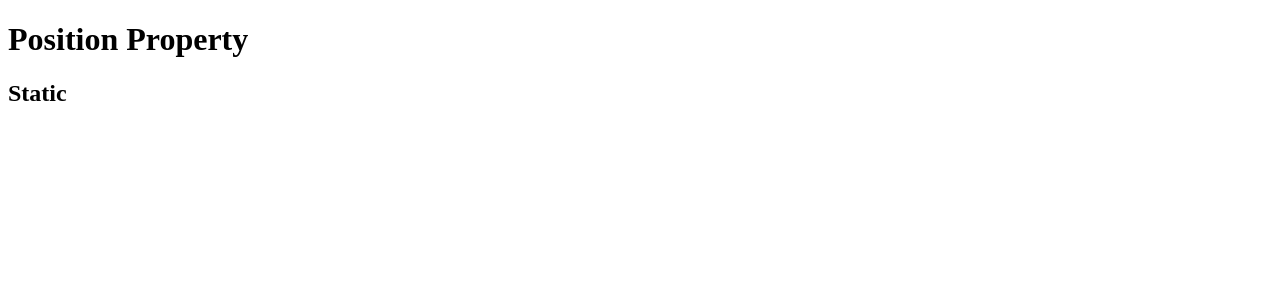
Repository: zhFIsHappy/UdemyFullStack
Page: position.html
These files come from the project's save history. The page is drawn as it stood at one moment and after the next save; the edit follows.
The browser window is 1280 px wide. The pictures show the whole page.

Above is the page before, as saved 2022-03-24 14:20:42.

### position.html
<!DOCTYPE html>
<html lang="en">
<head>
    <meta charset="UTF-8">
    <meta http-equiv="X-UA-Compatible" content="IE=edge">
    <meta name="viewport" content="width=device-width, initial-scale=1.0">
    <link rel="stylesheet" href="position.css">
    <title>Position</title>
</head>
<body>
    <h1>Position Property</h1>
    <section id="static">
        <h2>Static</h2>
        <div></div>
        <div id = "middle"></div>
        <div></div>
    </section>
</body>
</html>

### position.css
#middle{
    background-color : #81b29a;
}
#static #middle{
    position:static;
}

After the next save:
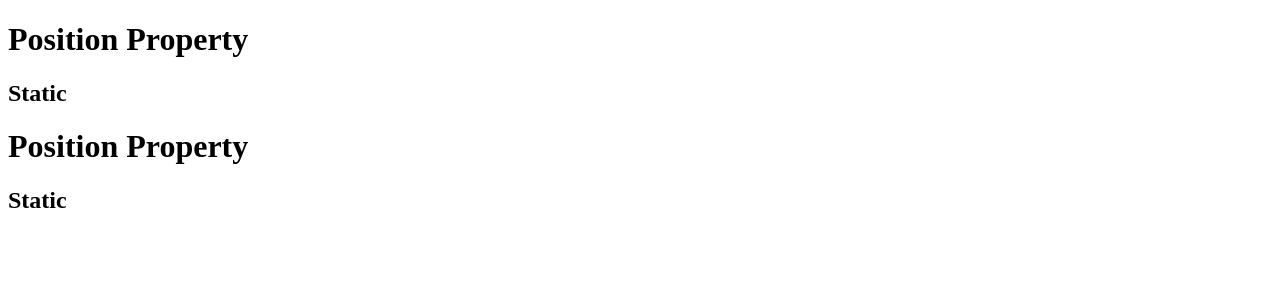
Saved 6 s later.
--- a/position.html
+++ b/position.html
@@ -15,5 +15,12 @@
         <div id = "middle"></div>
         <div></div>
     </section>
+    <h1>Position Property</h1>
+    <section id="static">
+        <h2>Static</h2>
+        <div></div>
+        <div id="middle"></div>
+        <div></div>
+    </section>
 </body>
 </html>
